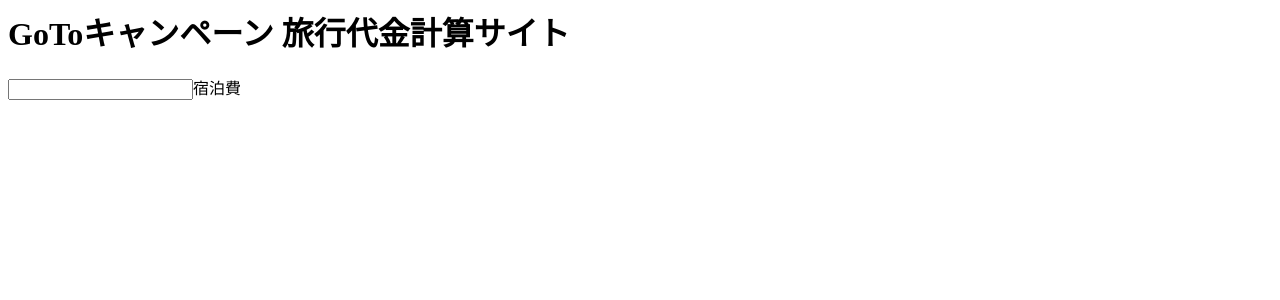
Repository: Ischca/ischca.github.io
Page: src/my-app.html
An editor plug-in stored every save of this project. The page is shown before and after a run of saves, followed by the edit.
The browser window is 1280 px wide. The pictures show the whole page.

Above is the page before, as saved 2020-10-02 13:35:50.

After the next 2 saves:
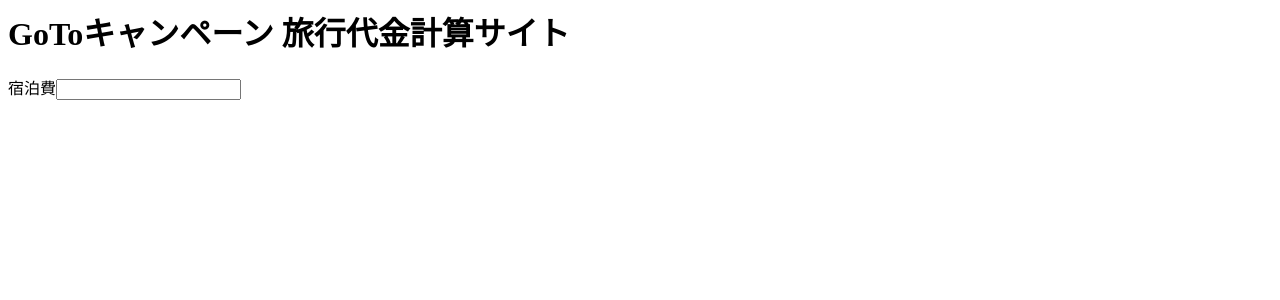
The 2 saves are shown as one change because they came seconds apart.
The last was saved 12 s later.
--- a/src/my-app.html
+++ b/src/my-app.html
@@ -1,3 +1,3 @@
 <h1>GoToキャンペーン 旅行代金計算サイト</h1>
 
-<input type="text">宿泊費</input>
+宿泊費<input type="text"/>
